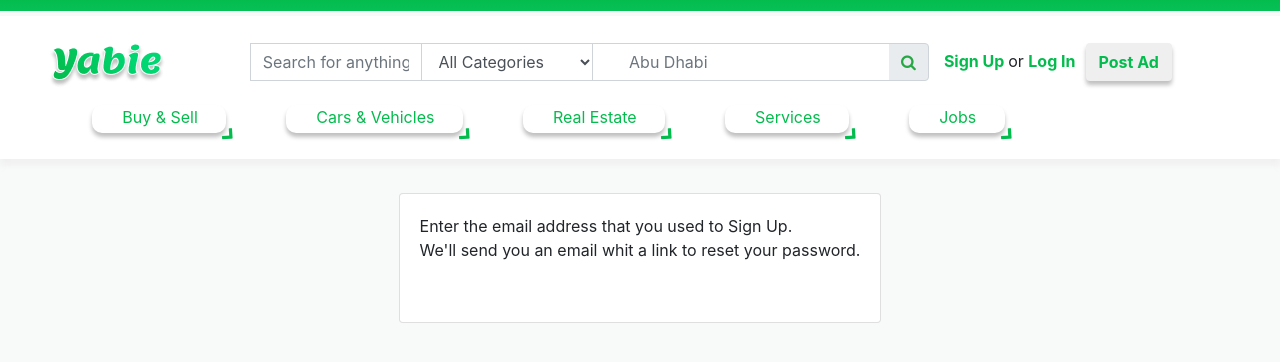
Repository: muazzamkha95/yabie
Page: forgot-password.html
These files come from the project's save history. The page is drawn as it stood at one moment and after the next save; the edit follows.
The browser window is 1280 px wide. The pictures show the whole page.

Above is the page before, as saved 2020-07-09 15:54:38.
Console error: TypeError: Cannot read properties of undefined (reading 'fn')

### forgot-password.html
<!DOCTYPE html>
<html lang="en">
<head>
    <meta charset="UTF-8">
    <meta name="viewport" content="width=device-width, initial-scale=1.0">
    <title>SignUp Page</title>

    <link rel="stylesheet" href="https://maxcdn.bootstrapcdn.com/bootstrap/4.0.0/css/bootstrap.min.css" integrity="sha384-Gn5384xqQ1aoWXA+058RXPxPg6fy4IWvTNh0E263XmFcJlSAwiGgFAW/dAiS6JXm" crossorigin="anonymous">
    <link rel="stylesheet" href="https://stackpath.bootstrapcdn.com/font-awesome/4.7.0/css/font-awesome.min.css" integrity="sha384-wvfXpqpZZVQGK6TAh5PVlGOfQNHSoD2xbE+QkPxCAFlNEevoEH3Sl0sibVcOQVnN" crossorigin="anonymous">
    <link href="css/main.css"  rel="stylesheet"></link>


</head>
<body>
        <div class="topBar"></div>
        <nav class="navbar">
            <div class="maincontainer">
                <div class="row">
                        <div class="col-md-2">
                            <img src="images/YabieLogo.png" alt="Yabie Logo" class="logo"/>
                        </div>
                        <div class="col-md-7">
                            <form class="form-inline" action="#">
                                <div class="input-group">
                                    <input type="text" class="form-control" placeholder="Search for anything" required>
                                    <select class="form-control border-right-0" required>
                                        <option>All Categories</option>
                                        <option value="a">A</option>
                                        <option value="b">B</option>
                                    </select>
                                    <div class="input-group">
                                        <div class="input-group-append">
                                            <span class="input-group-text bg-white text-success border-right-0"><i class="fa fa-map-marker-alt"></i></span>
                                        </div>
                                        <input type="text" class="form-control border-left-0 border-right-0" placeholder="Abu Dhabi" required>
                                        <div class="input-group-append">
                                            <button type="submit" class="input-group-text"><i class="fa fa-search text-success"></i></button>
                                        </div>
                                    </div>
                                </div>
                            </form>
                        </div>
                        <div class="col-md-3" >
                            <div class="row text-center">
                                <span style="padding-top: 6px;">
                                    <span class="btext"> Sign Up </span>  or <span class="btext">Log In</span>
                                </span>

                                <button class="btn btn-default btext pull-right boxshadow" style="margin-left: 10px;">Post Ad</button>
                            </div>
                        </div>

                </div>
                <div class="row mt-3" >
                    <span class="categoryTab">Buy & Sell <i class="keyboard_arrow_down_24px_rounded fa fa-chevron-right "></i></span>
                    <span class="categoryTab">Cars & Vehicles  <i class="keyboard_arrow_down_24px_rounded fa fa-chevron-right "></i></span>
                    <span class="categoryTab">Real Estate <i class="keyboard_arrow_down_24px_rounded fa fa-chevron-right "></i></span>
                    <span class="categoryTab">Services <i class="keyboard_arrow_down_24px_rounded fa fa-chevron-right "></i></span>
                    <span class="categoryTab">Jobs <i class="keyboard_arrow_down_24px_rounded fa fa-chevron-right "></i></span>
                </div>
            </div>
        </nav>

        <main  role="main" class="mainSection">
            <div class="container d-flex justify-content-center" >

                    <div class="card" style="padding:20px;">
                        <p>Enter the email address that you used to Sign Up.<br> We'll send you an email whit a link to reset your password.</p>
                        <div class="row">
                            <div class="col-md-2">
                                <i class="fa fa-back"></i>
                            </div>
                            <div class="col-md-10">

                            </div>
                        </div>
                    </div>
            </div>

        </main>


</body>
<script src="https://maxcdn.bootstrapcdn.com/bootstrap/4.0.0/js/bootstrap.min.js" integrity="sha384-JZR6Spejh4U02d8jOt6vLEHfe/JQGiRRSQQxSfFWpi1MquVdAyjUar5+76PVCmYl" crossorigin="anonymous"></script>
<script src="js/main.js" type="text/javascript"></script>
</html>

### css/main.css
/* Body */
*{
    padding: 0;
    margin: 0;
}
body{
    background: #F8F9F9;

}
a{
    color: #04BC4E;
    text-decoration: none;
    font-weight: bold;
}
a:hover{
    color: ;
}

/* Main navbar css */

.topBar{

    position: absolute;
    width: 100%;
    height: 11px;
    left: 0px;
    top: 0px;

    background: linear-gradient(180deg, #04BC4E 0%, #15D57B 537.5%);
}


nav{
    position: absolute;
    width: 100%;
    height: 143px;
    left: 0px;
    top: 16px;
    background: #FFFFFF;
    box-shadow: 0px 6px 6px rgba(219, 214, 214, 0.25);
    padding-top: 20px;
}

.maincontainer{
    width: 95%;
    margin-left:auto;
    margin-right: auto;
}

.logo{
    height: 100;
}
.btext{
    font-weight: bold;
    color: #04BC4E;
}
.light-text{
    color:lightgray;
}
.light-note-text{
    font-size: 12px;
    color:lightgray;
}

.boxshadow{
    box-shadow: 0px 4px 4px rgba(0, 0, 0, 0.25);
}

.categoryTab{
    display: inline;
    box-shadow: 0px 4px 4px rgba(0, 0, 0, 0.25);
    background-color: #FFFFFF;
    color: #04BC4E;
    border-radius: 10px;
    margin-left: 60px;
    padding-left: 30px;


}
.keyboard_arrow_down_24px_rounded{
    position: relative;
    width: 24px;
    height: 24px;
    left:17px;
    top: 22px;
    transform: rotate(41.5deg);

}

/* Main section  */

.mainSection{
    width: 90%;
    margin-left: auto;
    margin-right: auto;
    margin-top: 50px;



}


.sectionTitle{

    font-family:sans-serif;
    font-style: normal;
    font-weight: 500;
    font-size: 24px;
    line-height: 29px;

    color: #3E4153;
}
.sectionSeeAll{
    color: #04BC4E;
    margin-right: 20px;
}
/* Ad card  */

.adcard{
    background: #FFFFFF;
    padding: 10px;
    margin-right: 21.85px;
    width: 177px;
}
.adTitle{
    font-family: sans-serif;
    font-style: normal;
    font-weight: bold;
    font-size: 16px;
    line-height: 19px;
    color: #000000;
    margin-top: 20px;
}
.adPrice{
    position: relative;
    width: 81px;
    height: 33px;
    left: -160px;
    top: 60px;
    padding: 5px;

    background: #4F4A4A;
    mix-blend-mode: hard-light;
    border-radius: 0px 10px 10px 0px;
    z-index: 999;
}

/* Login Page */

.mainSectionLogin{

    height: 100vh;
    background: linear-gradient(257.12deg, #04BC4E 56.95%, #15D57B 84.28%);
}
.login-btn{
    width: 100%;
    background-color:  #04BC4E;
    color: white;
    font-weight: bold;
}

input{
    border-radius: 0 !important;
    /* margin: 40px 0px 40px 0px; */
}

/* Email Confirmation Page */
.confirm-head{
    background: linear-gradient(180deg, #04BC4E 15.92%, #15D57B 113.67%);
    height: 87px;
}
.confirm-body{
    background:#FFFFFF;
    height: 60vh;
    padding: 50px 20px 50px 20px;
}

.confirm-head > h2{
    color: white;
    padding-top: 20px;
}

Loaded but not shown: js/main.js (no stored copy; drawn as an empty file)

After the next save:
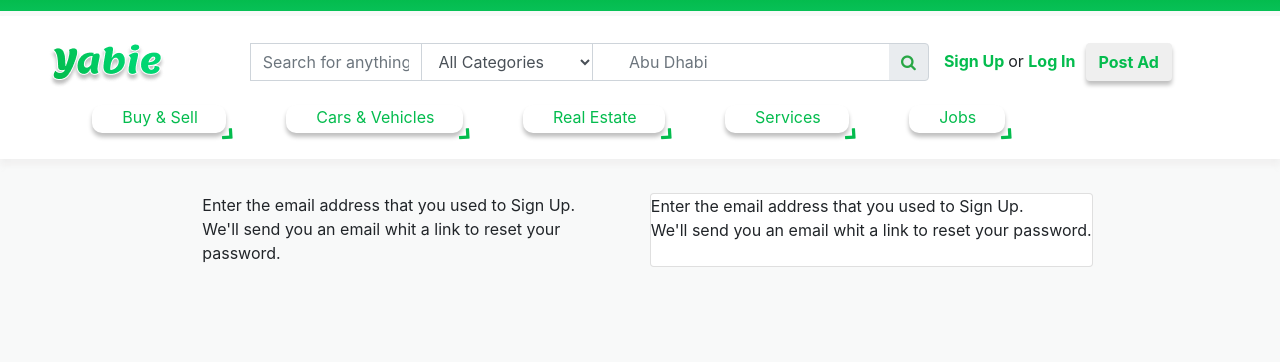
Saved 22 s later.
--- a/forgot-password.html
+++ b/forgot-password.html
@@ -63,9 +63,11 @@
 
         <main  role="main" class="mainSection">
             <div class="container d-flex justify-content-center" >
-
-                    <div class="card" style="padding:20px;">
-                        <p>Enter the email address that you used to Sign Up.<br> We'll send you an email whit a link to reset your password.</p>
+                    <div class="col-md-5">
+                        Enter the email address that you used to Sign Up.<br> We'll send you an email whit a link to reset your password.
+                    </div>
+                    <div class="card">
+                         Enter the email address that you used to Sign Up.<br> We'll send you an email whit a link to reset your password.
                         <div class="row">
                             <div class="col-md-2">
                                 <i class="fa fa-back"></i>
